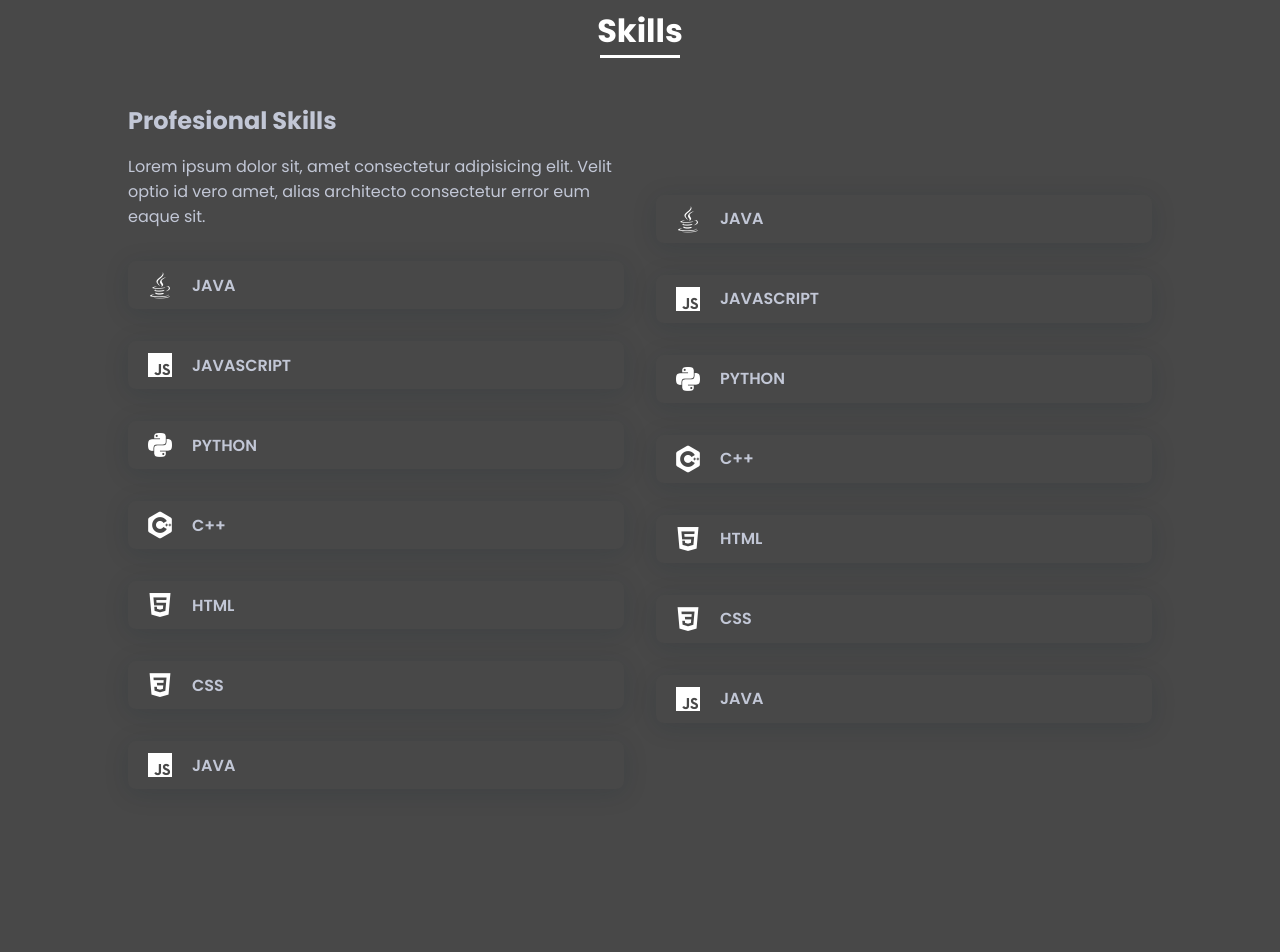
Repository: joshliu14/joshliu14.github.io
Page: index.html
An editor plug-in stored every save of this project. The page is shown before and after the next save, followed by the edit.
The browser window is 1280 px wide. The pictures show the part of the page from y = 1235 to 2187 px (the page is 3595 px tall).
A picture or video elsewhere on the page could not be fetched, so the positions and the page height are approximate.

Above is the page before, as saved 2024-02-01 00:06:38.

### index.html
<!DOCTYPE html>
<html lang="en">
  <head>
    <meta charset="UTF-8" />
    <meta name="viewport" content="width=device-width, initial-scale=1.0" />

    <link rel="stylesheet" href="assets/css/web.css" />

    <!-- =====BOX ICONS===== -->
    <link
      href="https://unpkg.com/boxicons@2.1.4/css/boxicons.min.css"
      rel="stylesheet"
    />

    <title>Joshua Liu</title>
  </head>
  <body>
    <!--===== HEADER =====-->
    <header class="l-header">
      <nav class="nav bd-grid">
        <div>
          <a href="#" class="nav__logo">Joshua Liu</a>
        </div>

        <div class="nav__menu" id="nav-menu">
          <ul class="nav__list">
            <li class="nav__item">
              <a href="#home" class="nav__link active-link">Home</a>
            </li>
            <li class="nav__item">
              <a href="#about" class="nav__link">About</a>
            </li>
            <li class="nav__item">
              <a href="#skills" class="nav__link">Skills</a>
            </li>
            <li class="nav__item">
              <a href="#work" class="nav__link">Experience</a>
            </li>
            <li class="nav__item">
              <a href="#contact" class="nav__link">Info</a>
            </li>
          </ul>
        </div>

        <div class="nav__toggle" id="nav-toggle">
          <i class="bx bx-menu"></i>
        </div>
      </nav>
    </header>

    <main class="l-main">
      <!--===== HOME =====-->
      <section class="home bd-grid" id="home">
        <div class="home__data">
          <h1 class="home__title">
            Hi,<br />I'm <span class="home__title-color">Josh</span><br />
          </h1>

          <a href="resume.pdf" class="button">Resume</a>
        </div>

        <div class="home__social">
          <a
            href="https://www.linkedin.com/in/joshua-liu-727847208/"
            class="home__social-icon"
            ><i class="bx bxl-linkedin"></i
          ></a>
          <a href="" class="home__social-icon"
            ><i class="bx bxl-behance"></i
          ></a>
          <a href="https://github.com/joshliu14" class="home__social-icon"
            ><i class="bx bxl-github"></i
          ></a>
        </div>

        <div class="home__img">
          <svg
            class="home__blob"
            viewBox="0 0 479 467"
            xmlns="http://www.w3.org/2000/svg"
            xmlns:xlink="http://www.w3.org/1999/xlink"
          >
            <mask id="mask0" mask-type="alpha">
              <path
                d="M9.19024 145.964C34.0253 76.5814 114.865 54.7299 184.111 29.4823C245.804 6.98884 311.86 -14.9503 370.735 14.143C431.207 44.026 467.948 107.508 477.191 174.311C485.897 237.229 454.931 294.377 416.506 344.954C373.74 401.245 326.068 462.801 255.442 466.189C179.416 469.835 111.552 422.137 65.1576 361.805C17.4835 299.81 -17.1617 219.583 9.19024 145.964Z"
              />
            </mask>
            <g mask="url(#mask0)">
              <path
                d="M9.19024 145.964C34.0253 76.5814 114.865 54.7299 184.111 29.4823C245.804 6.98884 311.86 -14.9503 370.735 14.143C431.207 44.026 467.948 107.508 477.191 174.311C485.897 237.229 454.931 294.377 416.506 344.954C373.74 401.245 326.068 462.801 255.442 466.189C179.416 469.835 111.552 422.137 65.1576 361.805C17.4835 299.81 -17.1617 219.583 9.19024 145.964Z"
              />
              <image
                class="home__blob-img"
                x="30"
                y="65"
                href="assets/img/profile.png"
              />
            </g>
          </svg>
        </div>
      </section>

      <!--===== ABOUT =====-->
      <section class="about section" id="about">
        <h2 class="section-title">About</h2>

        <div class="about__container bd-grid">
          <div class="about__img">
            <img src="assets/img/about.png" alt="" />
          </div>

          <div>
            <h2 class="about__subtitle">I'm Josh</h2>
            <p class="about__text">
              I am currently a sophomore at Brandeis University pursuing a
              degree in Computer Science and Applied Mathematics. I am eager to
              contribute my programming skills to real-world scenarios, and I am
              actively seeking software engineering internship opportunities. My
              goal is to enhance my knowledge, apply theoretical concepts in
              practical settings, and contribute meaningfully to innovative
              projects.
            </p>
          </div>
        </div>
      </section>

      <!--===== SKILLS =====-->
      <section class="skills section" id="skills">
        <h2 class="section-title">Skills</h2>

        <div class="skills__container bd-grid">
          <div>
            <h2 class="skills__subtitle">Profesional Skills</h2>
            <p class="skills__text">
              Lorem ipsum dolor sit, amet consectetur adipisicing elit. Velit
              optio id vero amet, alias architecto consectetur error eum eaque
              sit.
            </p>
            <div class="skills__data">
              <div class="skills__names">
                <i class="bx bxl-java skills__icon"></i>
                <span class="skills__name">JAVA</span>
              </div>
            </div>
            <div class="skills__data">
              <div class="skills__names">
                <i class="bx bxl-javascript skills__icon"></i>
                <span class="skills__name">JAVASCRIPT</span>
              </div>
            </div>
            <div class="skills__data">
              <div class="skills__names">
                <i class="bx bxl-python skills__icon"></i>
                <span class="skills__name">PYTHON</span>
              </div>
            </div>
            <div class="skills__data">
              <div class="skills__names">
                <i class="bx bxl-c-plus-plus skills__icon"></i>
                <span class="skills__name">C++</span>
              </div>
            </div>
            <div class="skills__data">
              <div class="skills__names">
                <i class="bx bxl-html5 skills__icon"></i>
                <span class="skills__name">HTML</span>
              </div>
            </div>
            <div class="skills__data">
              <div class="skills__names">
                <i class="bx bxl-css3 skills__icon"></i>
                <span class="skills__name">CSS</span>
              </div>
            </div>
            <div class="skills__data">
              <div class="skills__names">
                <i class="bx bxl-javascript skills__icon"></i>
                <span class="skills__name">JAVA</span>
              </div>
            </div>
          </div>

          <div>
            <br />
            <div class="skills__data">
              <div class="skills__names">
                <i class="bx bxl-java skills__icon"></i>
                <span class="skills__name">JAVA</span>
              </div>
            </div>
            <div class="skills__data">
              <div class="skills__names">
                <i class="bx bxl-javascript skills__icon"></i>
                <span class="skills__name">JAVASCRIPT</span>
              </div>
            </div>
            <div class="skills__data">
              <div class="skills__names">
                <i class="bx bxl-python skills__icon"></i>
                <span class="skills__name">PYTHON</span>
              </div>
            </div>
            <div class="skills__data">
              <div class="skills__names">
                <i class="bx bxl-c-plus-plus skills__icon"></i>
                <span class="skills__name">C++</span>
              </div>
            </div>
            <div class="skills__data">
              <div class="skills__names">
                <i class="bx bxl-html5 skills__icon"></i>
                <span class="skills__name">HTML</span>
              </div>
            </div>
            <div class="skills__data">
              <div class="skills__names">
                <i class="bx bxl-css3 skills__icon"></i>
                <span class="skills__name">CSS</span>
              </div>
            </div>
            <div class="skills__data">
              <div class="skills__names">
                <i class="bx bxl-javascript skills__icon"></i>
                <span class="skills__name">JAVA</span>
              </div>
            </div>
          </div>
      </section>

      <!--===== Experience =====-->
      <section class="work section" id="work">
        <h2 class="section-title">Experience</h2>

        <div class="work__container bd-grid">
          <a href="" class="work__img">
            <img src="assets/img/work1.jpg" alt="" />
          </a>
          <a href="" class="work__img">
            <img src="assets/img/work2.jpg" alt="" />
          </a>
          <a href="" class="work__img">
            <img src="assets/img/work3.jpg" alt="" />
          </a>
          <a href="" class="work__img">
            <img src="assets/img/work4.jpg" alt="" />
          </a>
          <a href="" class="work__img">
            <img src="assets/img/work5.jpg" alt="" />
          </a>
          <a href="" class="work__img">
            <img src="assets/img/work6.jpg" alt="" />
          </a>
        </div>
      </section>

      <!--===== CONTACT =====-->
      <section class="contact section" id="contact">
        <h2 class="section-title">Info</h2>
        <p class="contact__input">joshuagyliu@gmail.com</p>
        <p class="contact__input">949-551-8585</p>
        <p class="contact__input">Boston, MA</p>
      </section>
    </main>

    <!--===== FOOTER =====-->
    <footer class="footer">
      <p class="footer__title">Josh Liu</p>
      <div class="footer__social">
        <a href="https://www.facebook.com/josh.liu.9847" class="footer__icon"
          ><i class="bx bxl-facebook"></i
        ></a>
        <a href="https://www.instagram.com/joshliu_" class="footer__icon"
          ><i class="bx bxl-instagram"></i
        ></a>
        <a href="https://twitter.com/jahliu" class="footer__icon"
          ><i class="bx bxl-twitter"></i
        ></a>
      </div>
      <p class="footer__copy">&#169; Joshua Liu</p>
    </footer>

    <!--===== SCROLL REVEAL =====-->
    <script src="https://unpkg.com/scrollreveal"></script>

    <!--===== MAIN JS =====-->
    <script src="assets/js/main.js"></script>
  </body>
</html>

### assets/css/web.css
/*===== GOOGLE FONTS =====*/
@import url("https://fonts.googleapis.com/css2?family=Poppins:wght@400;600;700&display=swap");
/*===== VARIABLES CSS =====*/
:root {
  --header-height: 3rem;
  --font-semi: 600;
  /*===== Colores =====*/
  /*Purple 260 - Red 355 - Blue 224 - Pink 340*/
  /* HSL color mode */
  --hue-color: 224;
  --first-color: hsl(var(--hue-color), 0%, 100%);
  --second-color: hsl(var(--hue-color), 20%, 80%);
  /*===== Fuente y tipografia =====*/
  --body-font: "Poppins", sans-serif;
  --big-font-size: 2rem;
  --h2-font-size: 1.25rem;
  --normal-font-size: 0.938rem;
  --smaller-font-size: 0.75rem;
  /*===== Margenes =====*/
  --mb-2: 1rem;
  --mb-4: 2rem;
  --mb-5: 2.5rem;
  --mb-6: 3rem;
  /*===== z index =====*/
  --z-back: -10;
  --z-fixed: 100;
}
@media screen and (min-width: 968px) {
  :root {
    --big-font-size: 3.5rem;
    --h2-font-size: 2rem;
    --normal-font-size: 1rem;
    --smaller-font-size: 0.875rem;
  }
}

/*===== BASE =====*/
*,
::before,
::after {
  box-sizing: border-box;
}

html {
  scroll-behavior: smooth;
}

body {
  margin: var(--header-height) 0 0 0;
  font-family: var(--body-font);
  font-size: var(--normal-font-size);
  color: var(--second-color);
  background-color: #484848;
}

h1,
h2,
p {
  margin: 0;
}

ul {
  margin: 0;
  padding: 0;
  list-style: none;
}

a {
  text-decoration: none;
}

img {
  max-width: 100%;
  height: auto;
  display: block;
}

/*===== CLASS CSS ===== */
.section-title {
  position: relative;
  font-size: var(--h2-font-size);
  color: var(--first-color);
  margin-top: var(--mb-2);
  margin-bottom: var(--mb-4);
  text-align: center;
}
.section-title::after {
  position: absolute;
  content: "";
  width: 64px;
  height: 0.18rem;
  left: 0;
  right: 0;
  margin: auto;
  top: 2rem;
  background-color: var(--first-color);
}

.section {
  padding-top: 3rem;
  padding-bottom: 2rem;
}

/*===== LAYOUT =====*/
.bd-grid {
  max-width: 1024px;
  display: grid;
  margin-left: var(--mb-2);
  margin-right: var(--mb-2);
}

.l-header {
  width: 100%;
  position: fixed;
  top: 0;
  left: 0;
  z-index: var(--z-fixed);
  background-color: #484848;
  box-shadow: 0 1px 4px rgba(146, 161, 176, 0.15);
}

/*===== NAV =====*/
.nav {
  height: var(--header-height);
  display: flex;
  justify-content: space-between;
  align-items: center;
  font-weight: var(--font-semi);
}
@media screen and (max-width: 767px) {
  .nav__menu {
    position: fixed;
    top: var(--header-height);
    right: -100%;
    width: 80%;
    height: 100%;
    padding: 2rem;
    background-color: var(--second-color);
    transition: 0.5s;
  }
}
.nav__item {
  margin-bottom: var(--mb-4);
}
.nav__link {
  position: relative;
  color: #fff;
}
.nav__link:hover {
  position: relative;
}
.nav__link:hover::after {
  position: absolute;
  content: "";
  width: 100%;
  height: 0.18rem;
  left: 0;
  top: 2rem;
  background-color: var(--first-color);
}
.nav__logo {
  color: var(--second-color);
}
.nav__toggle {
  color: var(--second-color);
  font-size: 1.5rem;
  cursor: pointer;
}

/*Active menu*/
.active-link::after {
  position: absolute;
  content: "";
  width: 100%;
  height: 0.18rem;
  left: 0;
  top: 2rem;
  background-color: var(--first-color);
}

/*=== Show menu ===*/
.show {
  right: 0;
}

/*===== HOME =====*/
.home {
  position: relative;
  row-gap: 5rem;
  padding: 4rem 0 5rem;
}
.home__data {
  align-self: center;
}
.home__title {
  font-size: var(--big-font-size);
  margin-bottom: var(--mb-5);
}
.home__title-color {
  color: var(--first-color);
}
.home__social {
  display: flex;
  flex-direction: column;
}
.home__social-icon {
  width: max-content;
  margin-bottom: var(--mb-2);
  font-size: 1.5rem;
  color: var(--second-color);
}
.home__social-icon:hover {
  color: var(--first-color);
}
.home__img {
  position: absolute;
  right: 0;
  bottom: 0;
  width: 260px;
}
.home__blob {
  fill: var(--first-color);
}
.home__blob-img {
  width: 400px;
}

/*BUTTONS*/
.button {
  display: inline-block;
  background-color: var(--first-color);
  color: #000000;
  padding: 0.75rem 2.5rem;
  font-weight: var(--font-semi);
  border-radius: 0.5rem;
  transition: 0.3s;
}
.button:hover {
  box-shadow: 0px 10px 36px rgba(0, 0, 0, 0.15);
}

/* ===== ABOUT =====*/
.about__container {
  row-gap: 2rem;
  text-align: center;
}
.about__subtitle {
  margin-bottom: var(--mb-2);
}
.about__img {
  justify-self: center;
}
.about__img img {
  width: 200px;
  border-radius: 0.5rem;
}

/* ===== SKILLS =====*/
.skills__container {
  row-gap: 2rem;
  text-align: center;
}
.skills__subtitle {
  margin-bottom: var(--mb-2);
}
.skills__text {
  margin-bottom: var(--mb-4);
}
.skills__data {
  display: flex;
  justify-content: space-between;
  align-items: center;
  position: relative;
  font-weight: var(--font-semi);
  padding: 0.5rem 1rem;
  margin-bottom: var(--mb-4);
  border-radius: 0.5rem;
  box-shadow: 0px 4px 25px rgba(14, 36, 49, 0.15);
}
.skills__icon {
  font-size: 2rem;
  margin-right: var(--mb-2);
  color: var(--first-color);
}
.skills__names {
  display: flex;
  align-items: center;
}
.skills__bar {
  position: absolute;
  left: 0;
  bottom: 0;
  background-color: var(--first-color);
  height: 0.25rem;
  border-radius: 0.5rem;
  z-index: var(--z-back);
}
.skills__html {
  width: 95%;
}
.skills__css {
  width: 85%;
}
.skills__js {
  width: 65%;
}
.skills__ux {
  width: 85%;
}
.skills__img {
  border-radius: 0.5rem;
}

/* ===== WORK =====*/
.work__container {
  row-gap: 2rem;
}
.work__img {
  box-shadow: 0px 4px 25px rgba(14, 36, 49, 0.15);
  border-radius: 0.5rem;
  overflow: hidden;
}
.work__img img {
  transition: 1s;
}
.work__img img:hover {
  transform: scale(1.1);
}

/* ===== CONTACT =====*/
.contact__input {
  text-align: center;
  font-size: var(--normal-font-size);
  font-weight: var(--font-semi);
  padding: 1rem;
  margin-bottom: var(--mb-4);
}

/* ===== FOOTER =====*/
.footer {
  background-color: var(--second-color);
  color: #484848;
  text-align: center;
  font-weight: var(--font-semi);
  padding: 2rem 0;
}
.footer__title {
  font-size: 2rem;
  margin-bottom: var(--mb-4);
}
.footer__social {
  margin-bottom: var(--mb-4);
}
.footer__icon {
  font-size: 1.5rem;
  color: #484848;
  margin: 0 var(--mb-2);
}
.footer__copy {
  font-size: var(--smaller-font-size);
}

/* ===== MEDIA QUERIES=====*/
@media screen and (max-width: 320px) {
  .home {
    row-gap: 2rem;
  }
  .home__img {
    width: 200px;
  }
}
@media screen and (min-width: 576px) {
  .home {
    padding: 4rem 0 2rem;
  }
  .home__social {
    padding-top: 0;
    padding-bottom: 2.5rem;
    flex-direction: row;
    align-self: flex-end;
  }
  .home__social-icon {
    margin-bottom: 0;
    margin-right: var(--mb-4);
  }
  .home__img {
    width: 300px;
    bottom: 25%;
  }
  .about__container {
    grid-template-columns: repeat(2, 1fr);
    align-items: center;
    text-align: initial;
  }
  .skills__container {
    grid-template-columns: 0.7fr;
    justify-content: center;
    column-gap: 1rem;
  }
  .work__container {
    grid-template-columns: repeat(2, 1fr);
    column-gap: 2rem;
    padding-top: 2rem;
  }
}
@media screen and (min-width: 768px) {
  body {
    margin: 0;
  }
  .section {
    padding-top: 4rem;
    padding-bottom: 3rem;
  }
  .section-title {
    margin-bottom: var(--mb-6);
  }
  .section-title::after {
    width: 80px;
    top: 3rem;
  }
  .nav {
    height: calc(var(--header-height) + 1.5rem);
  }
  .nav__list {
    display: flex;
    padding-top: 0;
  }
  .nav__item {
    margin-left: var(--mb-6);
    margin-bottom: 0;
  }
  .nav__toggle {
    display: none;
  }
  .nav__link {
    color: var(--second-color);
  }
  .home {
    padding: 8rem 0 2rem;
  }
  .home__img {
    width: 400px;
    bottom: 10%;
  }
  .about__container {
    padding-top: 2rem;
  }
  .about__img img {
    width: 300px;
  }
  .skills__container {
    grid-template-columns: repeat(2, 1fr);
    column-gap: 2rem;
    align-items: center;
    text-align: initial;
  }
  .work__container {
    grid-template-columns: repeat(3, 1fr);
    column-gap: 2rem;
  }
}
@media screen and (min-width: 992px) {
  .bd-grid {
    margin-left: auto;
    margin-right: auto;
  }
  .home {
    padding: 10rem 0 2rem;
  }
  .home__img {
    width: 450px;
  }
}

### assets/js/main.js
/*===== MENU SHOW =====*/
const showMenu = (toggleId, navId) => {
  const toggle = document.getElementById(toggleId),
    nav = document.getElementById(navId);

  if (toggle && nav) {
    toggle.addEventListener("click", () => {
      nav.classList.toggle("show");
    });
  }
};
showMenu("nav-toggle", "nav-menu");

/*==================== REMOVE MENU MOBILE ====================*/
const navLink = document.querySelectorAll(".nav__link");

function linkAction() {
  const navMenu = document.getElementById("nav-menu");
  // When we click on each nav__link, we remove the show-menu class
  navMenu.classList.remove("show");
}
navLink.forEach((n) => n.addEventListener("click", linkAction));

/*==================== SCROLL SECTIONS ACTIVE LINK ====================*/
const sections = document.querySelectorAll("section[id]");

const scrollActive = () => {
  const scrollDown = window.scrollY;

  sections.forEach((current) => {
    const sectionHeight = current.offsetHeight,
      sectionTop = current.offsetTop - 58,
      sectionId = current.getAttribute("id"),
      sectionsClass = document.querySelector(
        ".nav__menu a[href*=" + sectionId + "]"
      );

    if (scrollDown > sectionTop && scrollDown <= sectionTop + sectionHeight) {
      sectionsClass.classList.add("active-link");
    } else {
      sectionsClass.classList.remove("active-link");
    }
  });
};
window.addEventListener("scroll", scrollActive);

/*===== SCROLL REVEAL ANIMATION =====*/
const sr = ScrollReveal({
  origin: "top",
  distance: "60px",
  duration: 2000,
  delay: 200,
  //     reset: true
});

sr.reveal(".home__data, .about__img, .skills__subtitle, .skills__text", {});
sr.reveal(".home__img, .about__subtitle, .about__text, .skills__img", {
  delay: 400,
});
sr.reveal(".home__social-icon", { interval: 200 });
sr.reveal(".skills__data, .work__img, .contact__input", { interval: 200 });

After the next save:
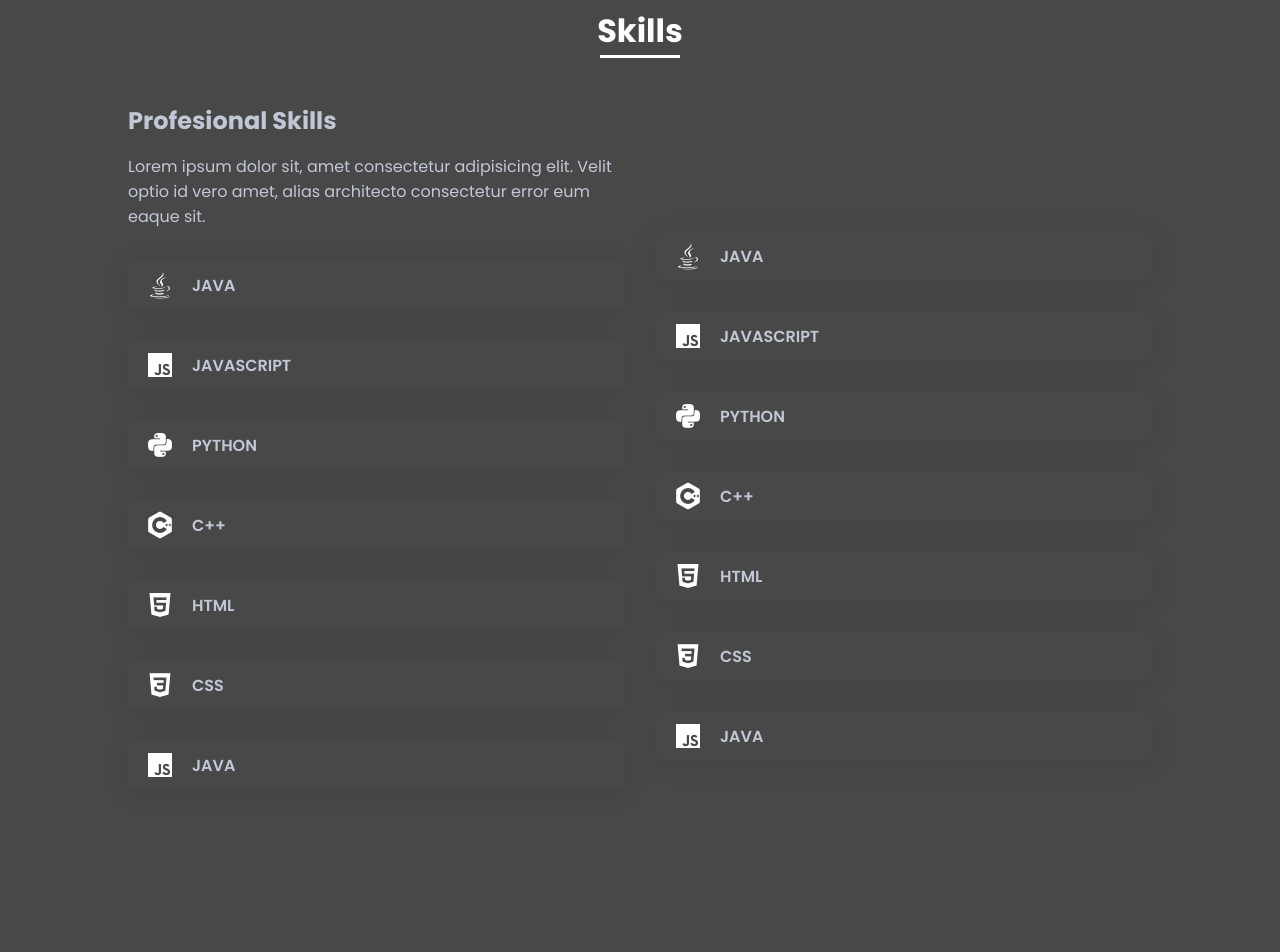
Saved 14 s later.
--- a/index.html
+++ b/index.html
@@ -182,6 +182,9 @@
 
           <div>
             <br />
+            <br />
+            <br />
+            <br />
             <div class="skills__data">
               <div class="skills__names">
                 <i class="bx bxl-java skills__icon"></i>
